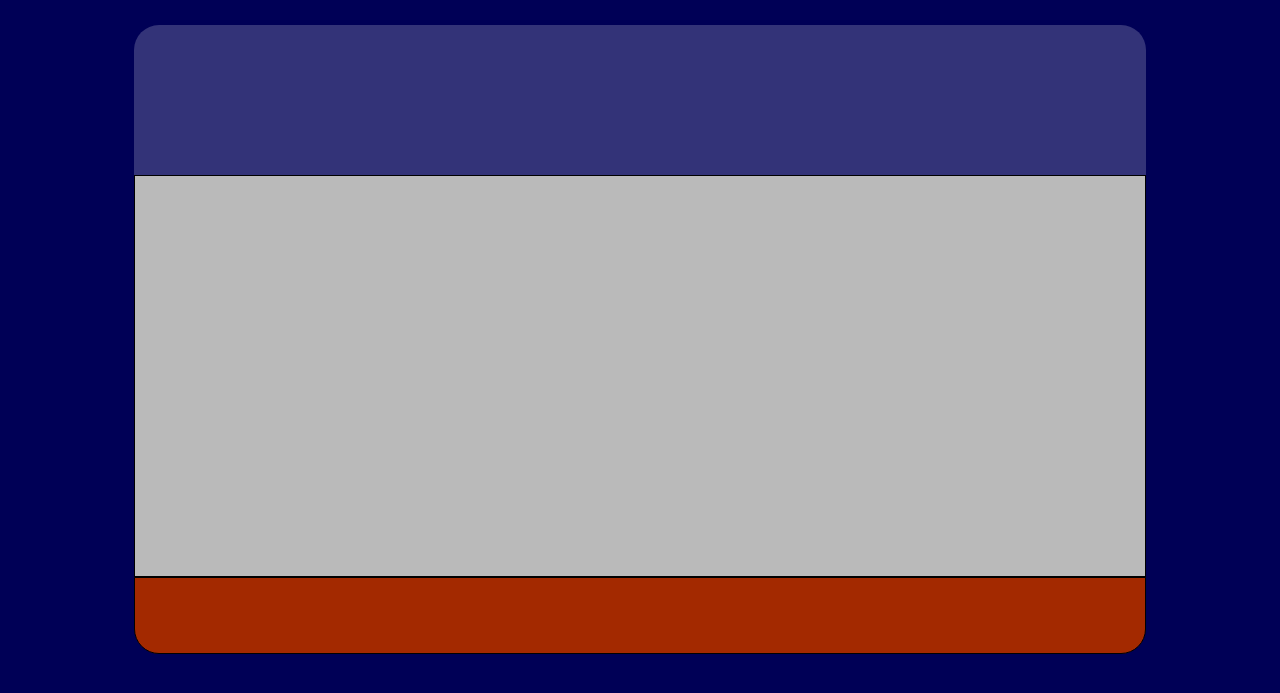
Repository: robvollmar/homework2
Page: index.html
The author's editor kept a record of every edit. The page is drawn from the files as they stood at one moment, then again after the next edit.
The browser window is 1280 px wide. The pictures show the whole page.

Above is the page before.

### index.html
<!DOCTYPE html>
<html>
<head>
    <link type="text/css" rel="stylesheet" href="stylesheet.css"/>
    <title>The Rob Vollmar Pre-Memorial Page</title>
</head>
    <body>
        <div class="header">

        </div>
        <div class="middle">
            <div class="menu">

            </div>
            <div class="body">

            </div>

        </div>
        <div class="footer">

        </div>
    </body>
</html>

### stylesheet.css
html
{
    background-color: #000056;
}

.header {
    background-color: #333378;
    border: 2px;
    border-top-left-radius: 25px;
    border-top-right-radius: 25px;
    height: 150px;
    margin-top: 25px;
    margin-left: 10%;
    margin-right: 10%;
    }

.middle {
    background-color: #bababa;
    border: 1px solid;
    height: 400px;
    margin-left: 10%;
    margin-right: 10%;
    }

.footer {
    background-color: #A32900;
    border: 1px solid;
    border-bottom-left-radius: 25px;
    border-bottom-right-radius: 25px;
    height: 75px;
    margin-left: 10%;
    margin-right: 10%;

}

After the next edit:
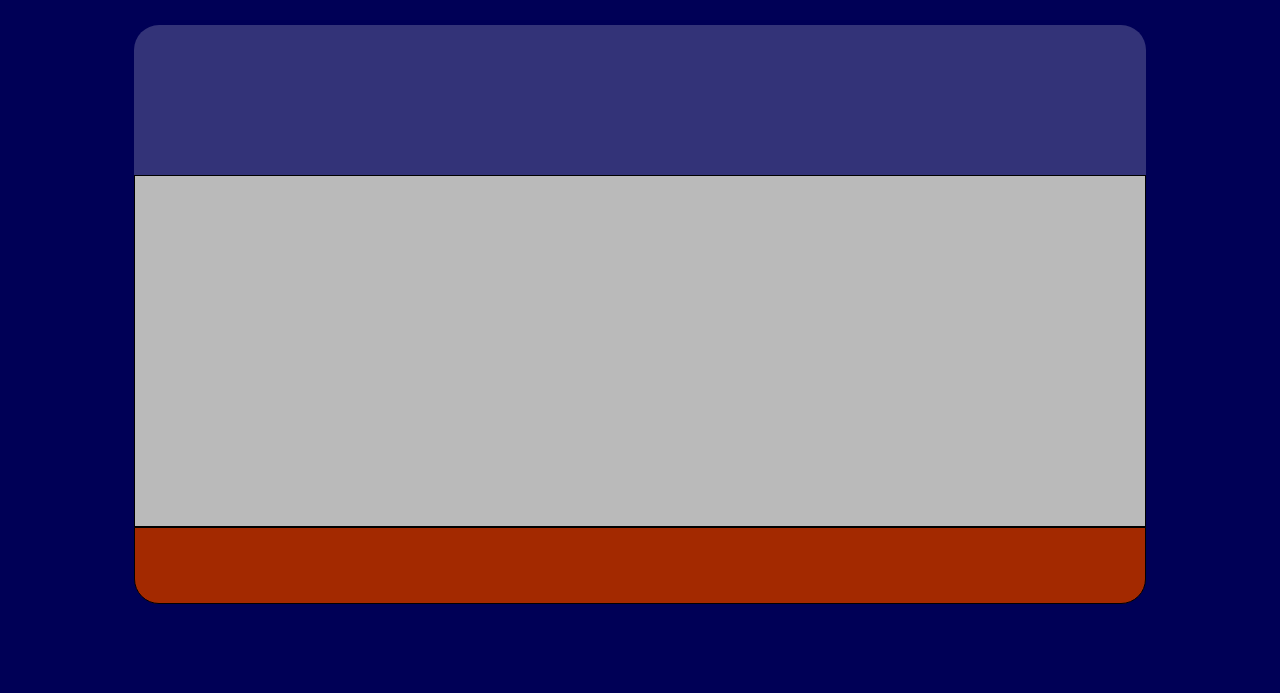
The edit:
--- a/stylesheet.css
+++ b/stylesheet.css
@@ -17,7 +17,7 @@
 .middle {
     background-color: #bababa;
     border: 1px solid;
-    height: 400px;
+    height: 350px;
     margin-left: 10%;
     margin-right: 10%;
     }
